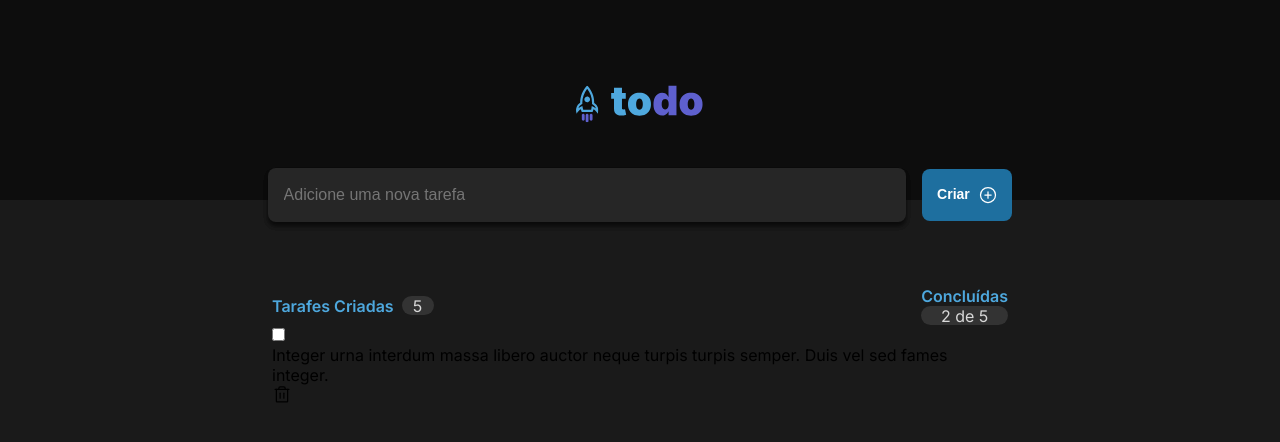
Repository: guilhermecardoso93/todolistreact
Page: /
An editor plug-in stored every save of this project. The page is shown before and after the next save, followed by the edit.
The browser window is 1280 px wide. The pictures show the whole page.
The project was rebuilt for these pictures with package versions that can differ from the ones it lists, and the page was loaded fresh each time. Also part of the build but not shown: vite.config.ts.

Above is the page before, as saved 2022-07-02 19:15:47.

### index.html
<!DOCTYPE html>
<html lang="en">
  <head>
    <meta charset="UTF-8" />
    <link rel="icon" type="image/svg+xml" href="/src/favicon.svg" />
    <link rel="preconnect" href="https://fonts.googleapis.com" />
    <link rel="preconnect" href="https://fonts.gstatic.com" crossorigin />
    <meta name="viewport" content="width=device-width, initial-scale=1.0" />
    <link
      href="https://fonts.googleapis.com/css2?family=Inter:wght@400;500;600&display=swap"
      rel="stylesheet"
    />
    <title>to do list</title>
  </head>
  <body>
    <div id="root"></div>
    <script type="module" src="/src/main.tsx"></script>
  </body>
</html>

### src/App.tsx
import "./global.css";
import { Header } from "./Header";
import { Tasks } from "./Tasks";

function App() {
  return (
    <>
      <Header />
      <div>
        <Tasks/>
      </div>
    </>
  );
}

export default App;

### src/global.css
:root {
  --white: #fff;

  --gray-100: #f2f2f2;
  --gray-100: #d9d9d9;
  --gray-300: #808080;
  --gray-400: #333333;
  --gray-500: #262626;
  --gray-600: #1a1a1a;
  --gray-700: #0d0d0d;

  --danger: #e25858;

  --purple: #828afa;
  --purple-dark: #5e60ce;

  --blue: #4ea8de;
  --blue-dark: #1e6f9f;
}

* {
  margin: 0;
  padding: 0;
  box-sizing: border-box;
}

body {
  -webkit-font-smoothing: antialiased;
  font-family: 'Inter', sans-serif;
  background: var(--gray-600);
}

### src/Header.tsx
import  Logo  from "./assets/logo.svg";

import styles from "./Header.module.css";

export function Header() {
  return (
    <header className={styles.header}>
      <img src={Logo} alt='logo' className={styles.logo}/>
    </header>
  );
}

### src/Tasks.tsx
import { Trash } from "phosphor-react";
import { TaskBar } from "./TasksBar";
import { TaskList } from "./TasksList";

import styles from "./Tasks.module.css";

export function Tasks() {
  return (
    <div className={styles.content}>
      <TaskBar />
      <div>
        <TaskList />
      </div>
    </div>
  );
}

### src/Header.module.css
.header {
  height: 12.5rem;
  background: var(--gray-700);
  display: flex;
  justify-content: center;
  align-items: center;
}

.logo {
  height: 4rem;
  width: 8rem;
}

### src/TasksBar.tsx
import { PlusCircle } from "phosphor-react";

import styles from "./TasksBar.module.css";

export function TaskBar() {
  return (
    <div className={styles.container}>
      <input type="text" placeholder="Adicione uma nova tarefa" />
      <button>
        {" "}
        Criar <PlusCircle size={20} />{" "}
      </button>
    </div>
  );
}

### src/TasksList.tsx
import { Trash } from "phosphor-react";

import styles from "./TasksList.module.css";

export function TaskList() {
  return (
    <div>
      <div className={styles.titles}>
        <div className={styles.titlesMake}>
          <p className={styles.titlesMakeTitle}>Tarafes Criadas</p>
          <p className={styles.titlesMakeTitleNumber}> 5 </p>
        </div>
        <div className={styles.titlesDone}>
          <p className={styles.titlesDoneTitle}>Concluídas</p>
          <p className={styles.titlesDoneTitleNumber}> 2 de 5 </p>
        </div>
      </div>

      <div>
        <div>
          <div>
            <input type="checkbox" />
          </div>
          <div>
            {" "}
            <p>
              Integer urna interdum massa libero auctor neque turpis turpis
              semper. Duis vel sed fames integer.{" "}
            </p>
          </div>
          <div>
            {" "}
            <Trash size={20} />{" "}
          </div>
        </div>
      </div>
    </div>
  );
}

### src/Tasks.module.css
.content {
  display: flex;
  flex-direction: column;
  align-items: center;
  justify-content: space-between;
  margin: auto;

  width: 736px;
  gap: 4rem;
}

### src/TasksBar.module.css
.container {
  display: flex;
  align-items: center;
  justify-content: center;
  margin-top: -2rem;
  gap: 1rem;
}

.container input {
  background-color: var(--gray-500);
  color: var(--gray-300);
  width: 39.93rem;
  padding: 1rem;

  font-style: normal;
  font-weight: 400;
  font-size: 1rem;
  line-height: 140%;

  border: 1px solid var(--grey-700);
  box-shadow: 0px 4px 4px rgba(0, 0, 0, 0.25), 0px 4px 4px rgba(0, 0, 0, 0.25),
    0px 4px 4px rgba(0, 0, 0, 0.25);
  border-radius: 8px;
}

.container button {
  background: var(--blue-dark);
  color: var(--white);
  gap: 0.5rem;
  display: flex;
  align-items: center;
  justify-content: center;
  border-radius: 8px;
  height: 3.25rem;
  width: 5.62rem;
  border: none;

  font-style: normal;
  font-weight: 700;
  font-size: 14px;
  line-height: 140%;
  cursor: pointer;

  transition: 0.2s;
}

.container button:hover {
  background: var(--blue);
}

### src/TasksList.module.css
.titles {
  display: flex;
  align-itens: center;
  justify-content: space-between;
}

.titlesMake {
  display: flex;
  flex-direction: row;
  justify-content: center;
  align-items: center;
  gap: 0.5rem;
}
.titlesMakeTitle,
.titlesDoneTitle {
  color: var(--blue);
  font-weight: bold;
}

.titlesMakeTitleNumber,
.titlesDoneTitleNumber {
  display: flex;
  flex-direction: column;
  justify-content: center;
  align-items: center;
  width: auto;
  padding:0 0.7rem;
  height: 19px;
  background: #333333;
  border-radius: 999px;
  color: var(--gray-100);
}

Loaded but not shown: src/main.tsx (common file)

After the next save:
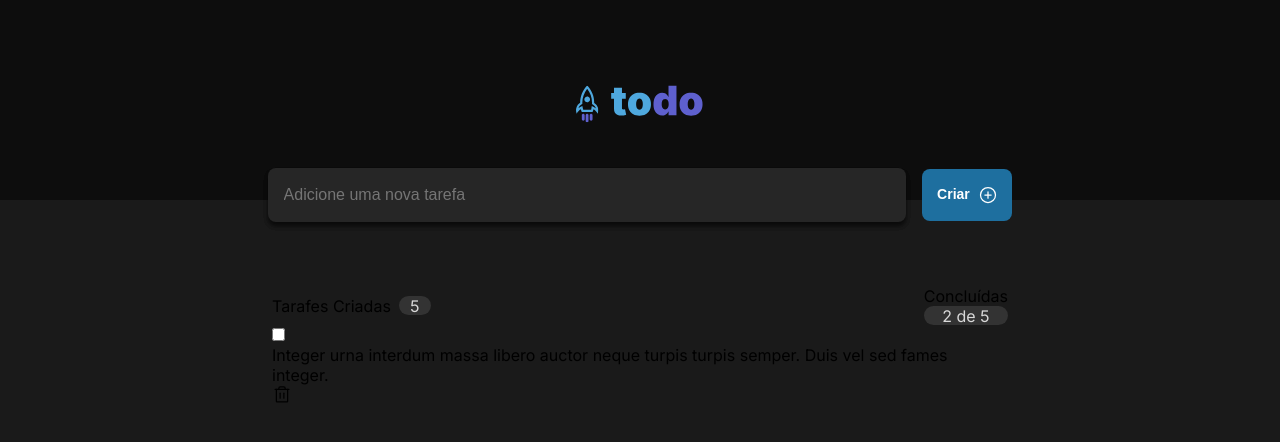
Saved 22 s later.
--- a/src/TasksList.module.css
+++ b/src/TasksList.module.css
@@ -11,9 +11,13 @@
   align-items: center;
   gap: 0.5rem;
 }
-.titlesMakeTitle,
-.titlesDoneTitle {
+.titlesMakeTitle, {
   color: var(--blue);
+  font-weight: bold;
+}
+
+.titlesDoneTitle, {
+  color: var(--blue-dark);
   font-weight: bold;
 }
 
